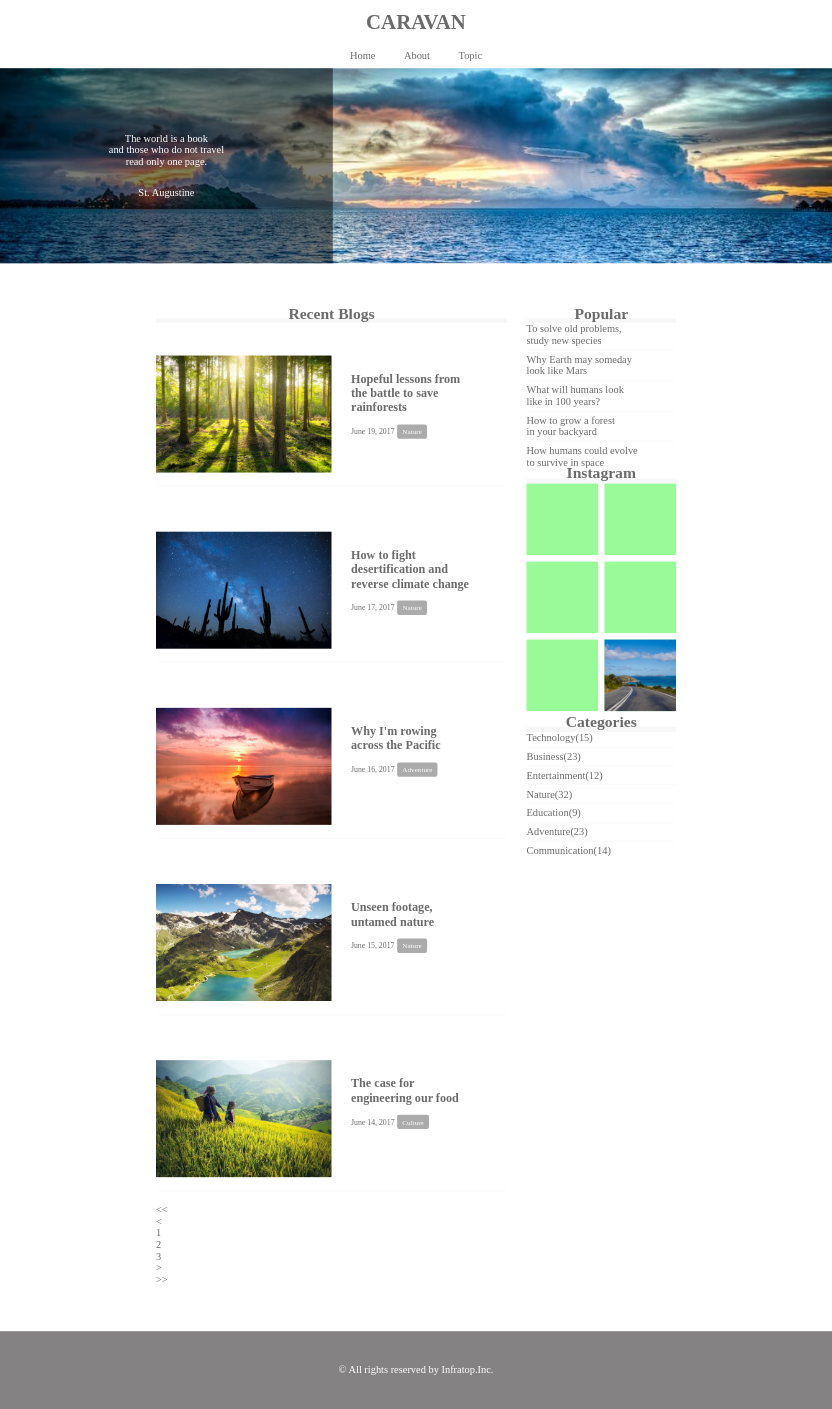
Repository: rascalNoShippo/git-practice
Page: caravan/index.html
The author's editor kept a record of every edit. The page is drawn from the files as they stood at one moment, then again after the next edit.
The browser window is 1280 px wide. The pictures show the whole page, at 65% of full size.

Above is the page before.
Not found: caravan/img/airport.jpg
Not found: caravan/img/japan.jpg
Not found: caravan/img/japan2.jpg

After the next edit:
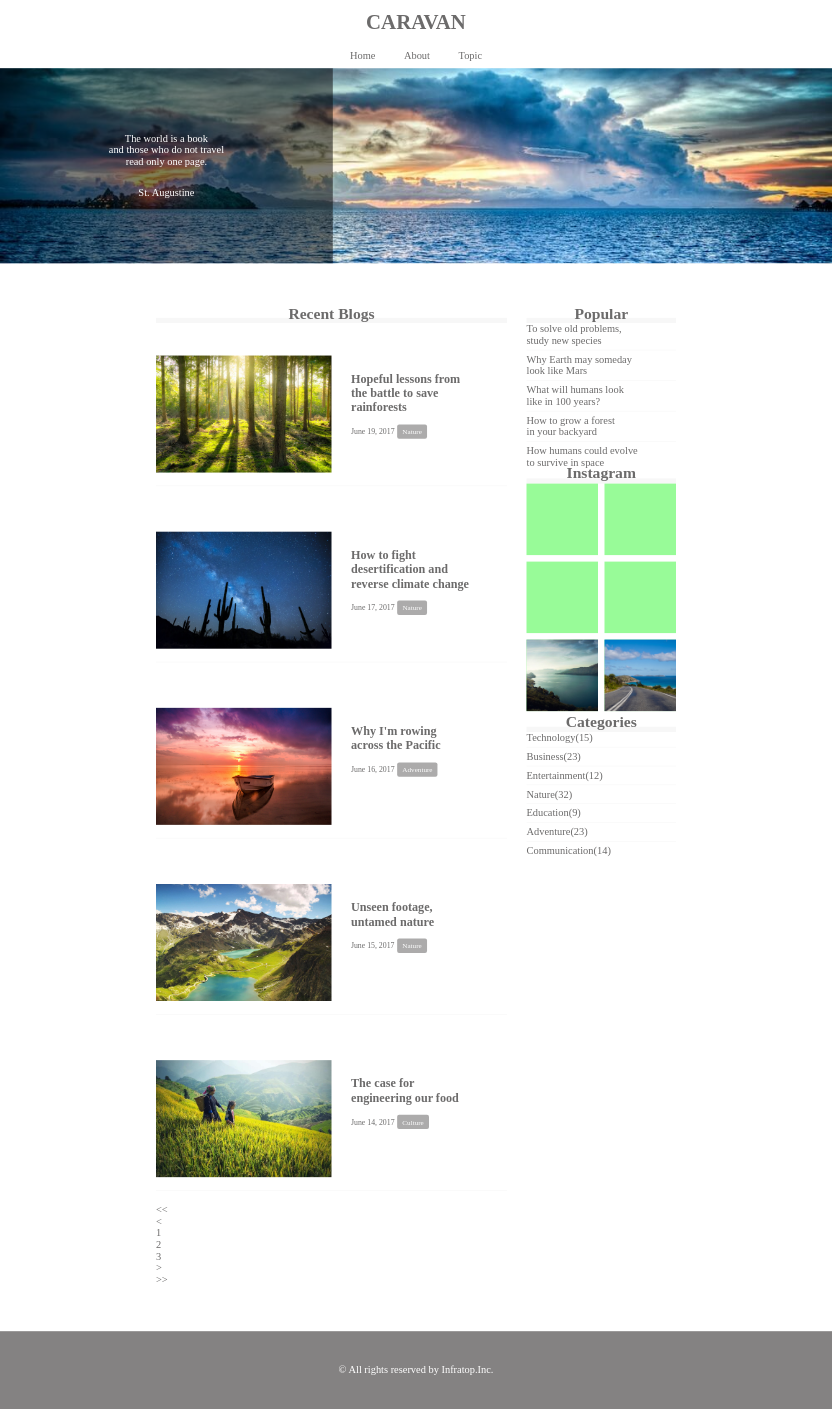
The edit:
--- a/caravan/style.css
+++ b/caravan/style.css
@@ -184,7 +184,7 @@
 }
 
 .instagram-box:nth-child(5) {
-  background-image: url(img/lake.jpg);
+  background-image: url(image/lake.jpg);
 }
 
 .instagram-box:nth-child(6) {
